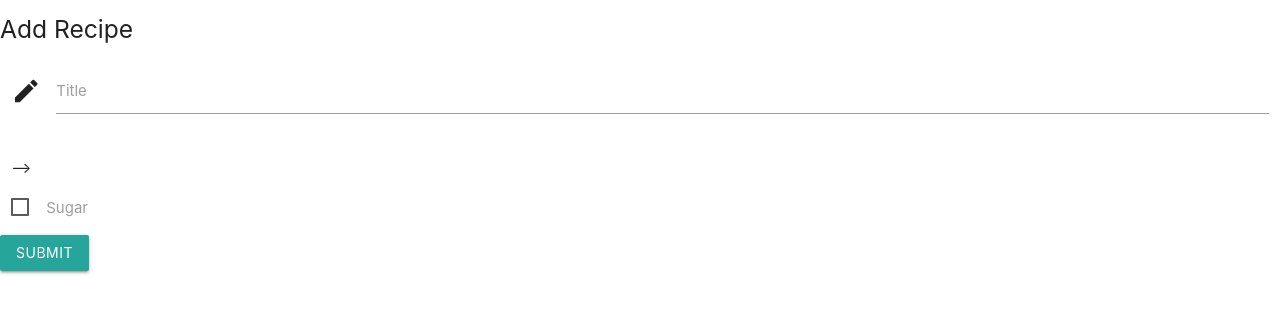
Repository: neillarkin/atari-app
Page: http://localhost/add_recipe
The author's editor kept a record of every edit. The page is drawn from the files as they stood at one moment, then again after the next edit.
The browser window is 1280 px wide. The pictures show the whole page.
The page is served by the project's application, run on Flask 3 (run.py). Queries for data that is not in the repository find no rows.

Above is the page before.

### templates/add_recipe.html
{% extends 'base.html' %} {% block content %}

<h5>Add Recipe</h5>
<div class="row">
  <form action="{{ url_for('create_recipe') }}" method="POST" class="col s12">

    <div class="row">
      <div class="input-field col s12">
        <i class="material-icons prefix">create</i>
        <input id="input_text" name="recipe_name" type="text" data-length="20" class="validate">
        <label for="input_text">Title</label>
      </div>
    </div>
    <!--{% for item in ingredients %}-->
    <!--<option value="{{item.ingredient_name}}">{{item.ingredient_name}}</option>-->
    <!--{% endfor %}-->

    {% for item in ingredients %}
    <input type="checkbox"  value="{{item.ingredient_name}}">{{item.ingredient_name}}/>
    <!--{% endfor %}-->

    <p>
      <label>
        <input type="checkbox" />
        <span>Sugar</span>
      </label>
    </p>
    {% for item in ingredients %} {{item.ingredient_name}} {% endfor %}

    <div class="row">
      <button class="btn waves-effect waves-light" type="submit">Submit</button>
    </div>
  </form>

</div>
{% endblock %}

### templates/base.html
<!DOCTYPE html>
<html>

<head>
    <link href="https://fonts.googleapis.com/icon?family=Material+Icons" rel="stylesheet">
    <link rel="stylesheet" href="https://cdnjs.cloudflare.com/ajax/libs/materialize/1.0.0/css/materialize.min.css">

    <!--<link rel="stylesheet" href="https://cdnjs.cloudflare.com/ajax/libs/materialize/0.100.2/css/materialize.min.css">-->
</head>

<body>
    {% block content %} {% endblock %}
    <script src="https://code.jquery.com/jquery-3.4.1.min.js" integrity="sha256-CSXorXvZcTkaix6Yvo6HppcZGetbYMGWSFlBw8HfCJo=" crossorigin="anonymous"></script>
    <script src="https://cdnjs.cloudflare.com/ajax/libs/materialize/1.0.0/js/materialize.min.js"></script>
    <script>
        $(document).ready(function() {
            $('.collapsible').collapsible();
            $('input#input_text, textarea#textarea2').characterCounter();
            $('select').formSelect();
            //   $('select').material_select();
        });
    </script>
</body>

</html>

### run.py
import os
from flask import Flask, render_template, redirect, request, url_for
from flask_pymongo import PyMongo
from bson.objectid import ObjectId

app = Flask(__name__)

app.config["MONGO_DBNAME"] = 'recipe_db'
app.config['MONGO_URI'] = 'mongodb+srv://root:r00tUser@myfirstcluster-tbkzy.mongodb.net/recipe_db?retryWrites=true&w=majority'

mongo = PyMongo(app) #constructor method

#route decorator is a URL that redirects to a Python function
@app.route('/')
@app.route('/get_recipes')
def get_tasks():
    return render_template("recipes.html", recipes=mongo.db.recipes.find())

@app.route('/add_recipe')
def add_recipe():
    return render_template('add_recipe.html', categories=mongo.db.categories.find())

@app.route('/create_recipe', methods=['POST'])
def create_recipe():
    recipes = mongo.db.recipes
    recipes.insert_one(request.form.to_dict()) #insert request oject which is our form
    return redirect(url_for('get_recipes'))  # redirect to the get_recipes page to see the new entry


if __name__ == '__main__':
    app.run(host=os.environ.get('IP'),
            port=int(os.environ.get('PORT')),
            debug=True)

After the next edit:
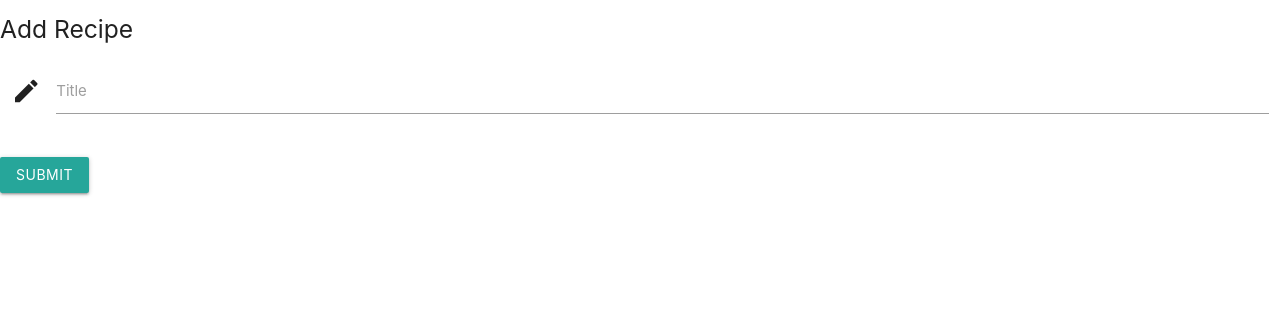
The edit:
--- a/templates/add_recipe.html
+++ b/templates/add_recipe.html
@@ -15,17 +15,6 @@
     <!--<option value="{{item.ingredient_name}}">{{item.ingredient_name}}</option>-->
     <!--{% endfor %}-->
 
-    {% for item in ingredients %}
-    <input type="checkbox"  value="{{item.ingredient_name}}">{{item.ingredient_name}}/>
-    <!--{% endfor %}-->
-
-    <p>
-      <label>
-        <input type="checkbox" />
-        <span>Sugar</span>
-      </label>
-    </p>
-    {% for item in ingredients %} {{item.ingredient_name}} {% endfor %}
 
     <div class="row">
       <button class="btn waves-effect waves-light" type="submit">Submit</button>
